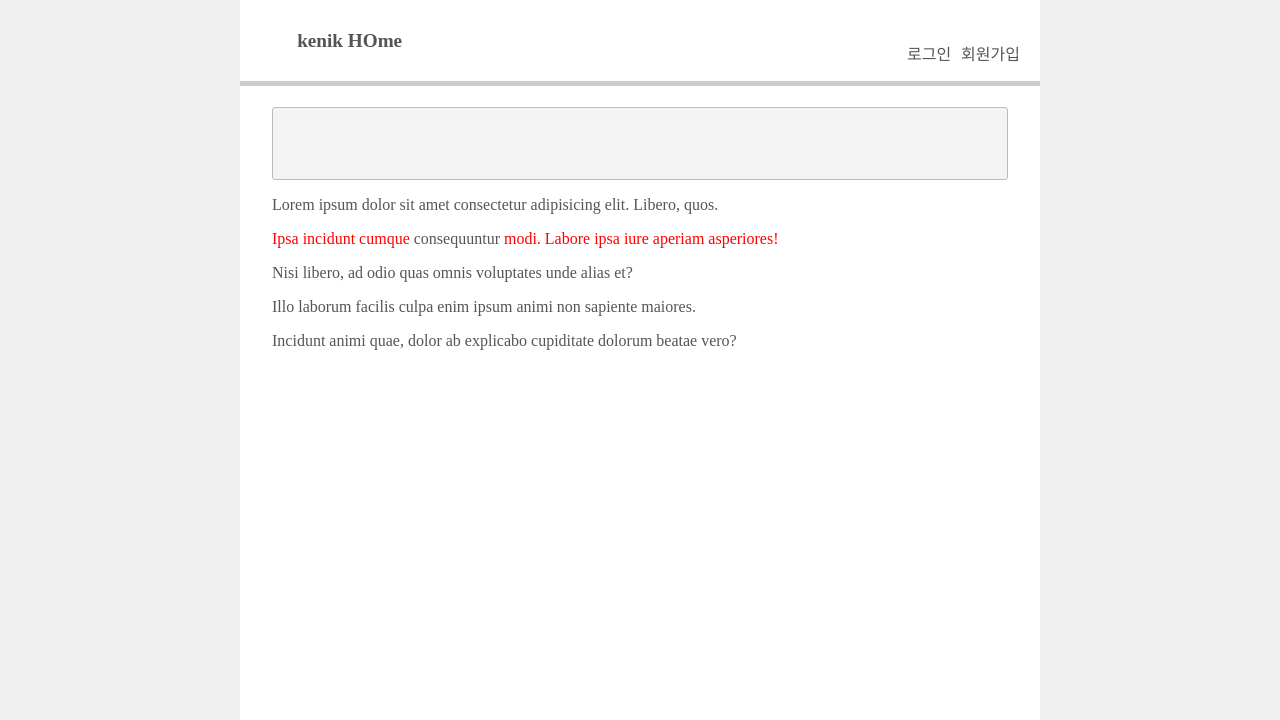
Repository: Deneb0000/WebClass
Page: webPro/src/main/webapp/jquery/days10/ex02_09.html
These files come from the project's save history. The page is drawn as it stood at one moment and after the next save; the edit follows.
The browser window is 1280 px wide. The pictures show the whole page.
Some web fonts or font styles are not loaded; a fallback is used.

Above is the page before, as saved 2024-10-14 07:55:39.

### webPro/src/main/webapp/jquery/days10/ex02_09.html
<!DOCTYPE html>
<html>
<head>
<meta charset="UTF-8">
<title>Insert title here</title>
<link rel="shortcut icon" type="image/x-icon" href="http://localhost/webPro/images/SiSt.ico">
<script src="https://ajax.googleapis.com/ajax/libs/jquery/3.7.1/jquery.min.js"></script>
<meta name="viewport" content="width=device-width, initial-scale=1.0">
<link rel="stylesheet" href="http://localhost/webPro/resources/cdn-main/example.css">
<script src="http://localhost/webPro/resources/cdn-main/example.js"></script>
<style>
 span.material-symbols-outlined{
    vertical-align: text-bottom;
 }
</style>
</head>
<body>
<header>
  <h1 class="main"><a href="#" style="position: absolute;top:30px;">kenik HOme</a></h1>
  <ul>
    <li><a href="#">로그인</a></li>
    <li><a href="#">회원가입</a></li>
  </ul>
</header>
<div>
  <xmp class="code">

  </xmp>

  <p>Lorem ipsum dolor sit amet consectetur adipisicing elit. Libero, quos.</p>
  <p>Ipsa incidunt cumque <span>consequuntur</span> modi. Labore ipsa iure aperiam asperiores!</p>
  <p>Nisi libero, ad odio quas omnis voluptates unde alias et?</p>
  <p>Illo laborum facilis culpa enim ipsum animi non sapiente maiores.</p>
  <p>Incidunt animi quae, dolor ab explicabo cupiditate dolorum beatae vero?</p>

  <script>
    // $("p").css("color","red")
    // $("p:has(span)").css("color","red")
    $("p").has("span").css("color","red")

    //[문제] p태그의 내용에 eius 문자를 가지고 있는 p태그 배경색 빨갛게
    /*
    $("p").each(function(index, element){
      let content = $(element).text();
      if(content.includes("eius")){
        $(element).css("background-color", "red")
      }
    })
    */
    $("p:contains(eius)").css("color","green");


  </script>

</div>
</body>
</html>

### webPro/src/main/webapp/resources/cdn-main/example.css
@charset "UTF-8";

@import url('https://fonts.googleapis.com/css2?family=Material+Symbols+Outlined:opsz,wght,FILL,GRAD@20..48,100..700,0..1,-50..200');

@font-face {
    font-family: 'GmarketSansMedium';
    src: url('https://cdn.jsdelivr.net/gh/projectnoonnu/noonfonts_2001@1.1/GmarketSansMedium.woff') format('woff');
    font-weight: normal;
    font-style: normal;
}

:root {
	--text-color: #555;
	--sub-text-color: #777;
	--back-color: #EFEFEF;
	--header-color: #444;
	--primary-color: #DEDEDE;
	--secondary-color: #EFEFEF;
	--default-width: 800px;
	--narrow-width: 500px;
	--wide-width: 1200px;
	--text-font: 'GmarketSansMedium';
	--icon-font: 'Material Symbols Outlined';
	--border-color: #CCC;
}

html, body {
	margin: 0;
	padding: 0;
}

html {
	background-color: var(--back-color);
	display: flex;
	justify-content: center;
	min-height: 100vh;
}

body, body.default {
	width: var(--default-width);
	background-color: white;
	padding-bottom: 120px;
}

body.wide {
	width: var(--wide-width);
}

body.narrow {
	width: var(--narrow-width);
}



body, p, div, span, a, input, select, option, textarea, button, table, th, td, label, fieldset, legend {
	font-family: var(--text-font);
	color: var(--text-color);
}

h1, h2, h3 {
	font-family: var(--text-font);
	color: var(--header-color);
	padding: 0 1rem;
	padding-top: .5rem;
}

div > h1, div > h2, div > h3 {
	padding: 0;
}

body > div, body > main > div {
	padding: 0.3rem 1rem;
}


h1 { font-size: 2rem; border-bottom: 1px solid var(--border-color); }
h1 small { font-size: 1.2rem; color: var(--sub-text-color); }
h2 { font-size: 1.5rem; border-bottom: 1px dashed var(--border-color); }
h2 small { font-size: 1.1rem; color: --sub-text-color; }
h3 { font-size: 1.2rem; }
h3 small { font-size: 1rem; color: --sub-text-color; }



h1.main::before {
	font-family: var(--icon-font);
  	content: '\e666';
  	margin-right: 10px;
  	float: left;
	font-size: 2.5rem;
}

h1.sub::before {
	font-family: var(--icon-font);
  	content: '\ea19';
  	margin-right: 10px;
  	float: left;
	font-size: 2.5rem;
}


h1.page::before {
	font-family: var(--icon-font);
  	content: '\e0e0';
  	margin-right: 10px;
  	float: left;
	font-size: 2.5rem;
}

body > header > ul > li > .active{
	background-color: #FFF;
	color:#F00;
}

body > header {
	display: flex;
	justify-content: space-between;
	border-bottom: 5px solid var(--border-color);
	min-height: 74px;
	background-color: #FFF;
}

body > header.sticky {
	position: sticky;
	top: 0;
	z-index: 98;
}

body > header > h1 {
	font-size: 1.2rem;
	border: 0;
}

body > header.in > h1::before {
	font-family: var(--icon-font);
  	content: '\e332‥';
  	margin-right: 3px;
  	float: left;
	font-size: 2rem;
}


body > header > ul {
	list-style-type: none;
	display: flex;
	align-items: flex-end;
	margin-right: 10px;
}

body > header > ul > li {
	margin-right: 10px;
	cursor: pointer;
}

body > header > ul > li > a {
	cursor: pointer;
}


form {
	display: block;
}

form > div {
	padding: 0.3rem 1rem;
}

div > form > div {
	padding: 0.3rem 0;
}

input, textarea, button, select {
	border: 1px solid #BBB;
	border-radius: 3px;
	outline: none;
	resize: none;
	padding: 7px;
	margin: 0;
}

input[type=text]:read-only, textarea:read-only {
	cursor: not-allowed;
	background-color: #FFF;
}

input[type=text]:disabled, textarea:disabled {
	cursor: not-allowed;
	background-color: #EEE;
}

input[type=text], input[type=password], textarea, button, select {
	/* width: 300px; */
}

textarea {
	display: block;
	height: 100px;
}

input[type=button], input[type=submit], button {
	/* width: inherit; */
}

input.short, textarea.short, button.short, select.short {
	width: 100px;
}

input.long, textarea.long, button.long, select.long {
	width: 350px;
}

.narrow input.long, .narrow textarea.long, .narrow button.long, .narrow select.long {
	width: calc(100% - 20px);
}

input.full, textarea.full, button.full, select.full {
	width: calc(100% - 20px);
}

textarea.short {
	height: 50px;
}

textarea.long {
	height: 100px;
}

textarea.full {
	height: 200px;
}

input, textarea {
	padding-top: 8px;
}

input[type=button], input[type=submit], button {
	padding: 5px 10px;
	background-color: var(--secondary-color);
	cursor: pointer;
	min-height: 36px;
}

input[type=button].primary, input[type=submit].primary, button.primary {
	/* background-color: rgba(100, 149, 237, .2); */
	background-color: var(--primary-color);
}

input[type=button].primary:hover, input[type=submit].primary:hover, button.primary:hover {
	/* background-color: rgba(100, 149, 237, .3); */
	background-color: var(--secondary-color);
}

input[type=button]:hover, input[type=submit]:hover, button:hover {
	background-color: var(--primary-color);
}

button {
	position: relative;
	left: 0;
	top: 0;
	padding-left: 35px;
}

button .material-symbols-outlined {
	position: absolute;
	left: 10px;
	top: 4px;
}

/* k2nik add */
button.login::before {
	font-family: var(--icon-font);
  	content: '\ea77';
	position: absolute;
	left: 11px;
	top: 4px;
	font-size: 1.25rem;
}

/* k2nik logout */
button.logout::before {
	font-family: var(--icon-font);
  	content: '\e9ba';
	position: absolute;
	left: 11px;
	top: 4px;
	font-size: 1.25rem;
}

/* k2nik help */
button.help::before {
	font-family: var(--icon-font);
  	content: '\f1c0';
	position: absolute;
	left: 11px;
	top: 4px;
	font-size: 1.25rem;
}

button.add::before{
	font-family: var(--icon-font);
  	content: '\e746';
	position: absolute;
	left: 11px;
	top: 4px;
	font-size: 1.25rem;
}

button.back::before {
	font-family: var(--icon-font);
  	content: '\e166';
	position: absolute;
	left: 11px;
	top: 4px;
	font-size: 1.25rem;
}

button.list::before {
	font-family: var(--icon-font);
  	content: '\e0ee';
	position: absolute;
	left: 11px;
	top: 4px;
	font-size: 1.25rem;
}


button.del::before {
	font-family: var(--icon-font);
  	content: '\e872';
	position: absolute;
	left: 11px;
	top: 4px;
	font-size: 1.25rem;
}


button.edit::before {
	font-family: var(--icon-font);
  	content: '\e745';
	position: absolute;
	left: 11px;
	top: 4px;
	font-size: 1.25rem;
}


button.login::before {
	font-family: var(--icon-font);
  	content: '\ea77';
	position: absolute;
	left: 11px;
	top: 4px;
	font-size: 1.25rem;
}


button.logout::before {
	font-family: var(--icon-font);
  	content: '\e9ba';
	position: absolute;
	left: 11px;
	top: 4px;
	font-size: 1.25rem;
}


button.in::before {
	font-family: var(--icon-font);
  	content: '\f71a';
	position: absolute;
	left: 11px;
	top: 4px;
	font-size: 1.25rem;
}


button.out::before {
	font-family: var(--icon-font);
  	content: '\f70e';
	position: absolute;
	left: 11px;
	top: 4px;
	font-size: 1.25rem;
}


button.reply::before {
	font-family: var(--icon-font);
  	content: '\e15e';
	position: absolute;
	left: 11px;
	top: 4px;
	font-size: 1.25rem;
}


button.comment::before {
	font-family: var(--icon-font);
  	content: '\e0b9';
	position: absolute;
	left: 11px;
	top: 4px;
	font-size: 1.25rem;
}


button.modal::before {
	font-family: var(--icon-font);
  	content: '\e89e';
	position: absolute;
	left: 11px;
	top: 4px;
	font-size: 1.25rem;
}


button.ok::before {
	font-family: var(--icon-font);
  	content: '\e86c';
	position: absolute;
	left: 11px;
	top: 4px;
	font-size: 1.25rem;
}


button.cancel::before {
	font-family: var(--icon-font);
  	content: '\e5c9';
	position: absolute;
	left: 11px;
	top: 4px;
	font-size: 1.25rem;
}

button.search::before {
	font-family: var(--icon-font);
  	content: '\e8b6';
	position: absolute;
	left: 11px;
	top: 4px;
	font-size: 1.25rem;
}

button.home::before {
	font-family: var(--icon-font);
  	content: '\e88a';
	position: absolute;
	left: 11px;
	top: 4px;
	font-size: 1.25rem;
}


button.sidebar::before {
	font-family: var(--icon-font);
  	content: '\f7e4';
	position: absolute;
	left: 11px;
	top: 4px;
	font-size: 1.25rem;
}


button.sidebar-right::before {
	font-family: var(--icon-font);
  	content: '\f7e5';
	position: absolute;
	left: 11px;
	top: 4px;
	font-size: 1.25rem;
}




button::before {
	font-family: var(--icon-font);
  	content: '\e323';
	position: absolute;
	left: 11px;
	top: 4px;
	font-size: 1.25rem;
}


table {
	border-collapse: collapse;
	margin: 1rem;
	box-sizing: border-box;
	width: calc(100% - 32px);
}

table.content {
	width: auto;
}

div > table {
	margin: 0;
}

table th, table td {
	border: 1px solid var(--border-color);
	padding: 7px;
	font-weight: normal;
}

table th {
	background-color: var(--back-color);
}

table.vertical th {
	width: 150px;
}

table.vertical td {
	width: calc(100% - 182px);
	padding-left: 10px;
}

table.content td, table.content th {
	width: auto;
}

body.narrow table.vertical th {
	width: 100px;
}

body.narrow table.vertical td {
	width: calc(100% - 182px);
}


table + table {
	margin-top: 30px;
}


p {
	padding: 0 1rem;
}

a {
	text-decoration: none;
}

a:hover {
	color: rgba(255, 99, 71, .7);
}

hr {
	border: 0;
	border-top: 1px solid var(--border-color);
	margin: 2rem 0;
}

.message {
	border: 1px solid var(--border-color);
	background-color: #EFEFEF;
	margin: 1rem;
	width: auto;
	padding-top: 10px;
	padding-bottom: 10px;
	font-size: 14px;
}

.message[title]::before {
	content: attr(title);
	display: block;
	border-bottom: 1px solid var(--border-color);
	padding-bottom: 5px;
	margin-bottom: 10px;
	margin-top: 7px;
}

.message.short {
	max-width: 250px;
}

.message.long {
	max-width: 500px;
}

.badge {
	float: right;
	font-size: .8rem;
	margin-top: 2px;
	margin-right: 2px;
	text-shadow: 0 0 7px gray;
}

.badge.left {
	float: none;
	margin-left: 2px;
}

.badge.right {
	float: right;
}

.badge.red {
	border-radius: 50%;
	padding: 2px 5px;
	background-color: rgb(255, 99, 71, .3);
}

.badge.yellow {

	border-radius: 50%;
	padding: 2px 5px;
	background-color: rgb(255, 215, 0, .5);
}

.badge.blue {
	border-radius: 50%;
	padding: 2px 5px;
	background-color: rgb(100, 149, 237, .3);
}

label + label {
	margin-left: 7px;
}

label input[type=checkbox], label input[type=radio] {
	transform: translate(0, 1px);
}

.group {
	display: flex;
}

.modal-content .group {
	margin-bottom: .5rem;
}

.group label {
	border: 1px solid #BBB;
	border-radius: 3px;
	outline: none;
	resize: none;
	padding: 7px 14px;
	margin: 0;
	border-top-right-radius: 0;
	border-bottom-right-radius: 0;
	background-color: #EFEFEF;
	white-space: nowrap;
	font-size: 14px;
}

.group input[type=text] {
	margin-left: -1px;
	border-top-left-radius: 0;
	border-bottom-left-radius: 0;
}

.group select {
	margin-left: -1px;
	border-top-left-radius: 0;
	border-bottom-left-radius: 0;
}

.group input.full[type=text] {
	margin-left: -1px;
	border-top-left-radius: 0;
	border-bottom-left-radius: 0;
	width: 100%;
}

.group input[type=button]:first-child, .group button:first-child {
	border-top-left-radius: 3px;
	border-bottom-left-radius: 3px;
	margin-left: 0px;
}

.group input[type=button], .group button {
	border-radius: 0;
	margin-left: -1px;
}

.group input[type=button]:last-child, .group button:last-child {
	margin-left: -1px;
	border-top-right-radius: 3px;
	border-bottom-right-radius: 3px;
}

.seperate {
	display: flex;
	justify-content: space-between;
}

div.list {
	width: max-content;
	margin: 1rem;
	border: 1px solid #BBB;
	border-radius: 3px;
	padding: 0;
}

div.list.full {
	width: auto;
	display: block;
	margin: 1rem;
	border: 1px solid #BBB;
	border-radius: 3px;
	padding: 0;
}

div.list > div {
	padding: .5rem 1rem;
	margin: 0;
	border-bottom: 1px solid #BBB;
}

div.list > div:last-child {
	border-bottom: 0;
}

pre.code , xmp.code{
	font-family: consols;
	background-color: rgba(150, 150, 150, .1);
	border: 1px solid #BBB;
	border-radius: 3px;
	padding: .5rem 1rem;
	padding-bottom: .6rem;
	margin: 1rem;
}




*[data-modal-window] {
	position: fixed;
	background-color: rgba(0, 0, 0, .3);
	left: 0;
	top: 0;
	display: none;
	justify-content: center;
	align-items: flex-start;
	width: 100%;
	min-height: 100vh;
	z-index: 100;
	opacity: 0;
	transition: 500ms all;
}

*[data-modal-window] .modal-container {
	border-radius: 5px;
	padding: 1rem;
	padding-bottom: .5rem;
	margin-top: -500px;
	opacity: 0;
	width: 500px;
	background-color: #FFF;
	margin-right: 2rem;
	transition: 500ms all;
}

*[data-modal-size=content] .modal-container {
	width: auto;
}

*[data-modal-size=narrow] .modal-container {
	width: 300px;
}

*[data-modal-size=wide] .modal-container {
	width: 760px;
}


*[data-modal-window] .modal-header {
	border-bottom: 1px solid var(--border-color);
	padding: 2px 5px;
}

*[data-modal-window] .modal-content {
	padding: 1rem 5px;
}

*[data-modal-window] .modal-content div:last-child {
	margin-top: 1rem;
	text-align: right;
}



*[data-sidebar-window] {
	position: fixed;
	background-color: #FFF;
	left: 0;
	top: 0;
	display: block;
	width: 300px;
	border-right: 1px solid var(--border-color);
	box-sizing: border-box;
	box-shadow: 0 0 3px var(--back-color);
	min-height: 100vh;
	z-index: 99;
	transform: translate(-300px, 0);
	transition-duration: 500ms;
	transition-property: transform;
}

*[data-sidebar-direction=right] {
	left: auto;
	right: 0;
	transform: translate(300px, 0);
	border-left: 1px solid var(--border-color);
}

*[data-sidebar-size=wide] {
	width: 500px;
	transform: translate(-500px, 0);
}

*[data-sidebar-window] .sidebar-title {
	border-bottom: 1px solid var(--border-color);
	margin-top: 20px;
	margin-bottom: 20px;
	padding-bottom: 5px;
	display: flex;
	justify-content: space-between;
}

*[data-sidebar-window] .sidebar-title span:last-child {
	cursor: pointer;
}


/* K2Nik pagination */
.center {
  text-align: center;
}

.pagination {
  display: inline-block;
}

.pagination a {
  color: black;
  float: left;
  padding: 3px 6px;
  text-decoration: none;
  transition: background-color .3s;
  border: 1px solid #ddd;
  margin: 0 3px;
}

.pagination a.active {
  background-color: #4CAF50;
  color: white;
  border: 1px solid #4CAF50;
}

.pagination a:hover:not(.active) {background-color: #ddd;}

### webPro/src/main/webapp/resources/cdn-main/example.js

window.onload = () => {

    const list = document.querySelectorAll('input, textarea');

    list.forEach(item => {
        item.setAttribute('autocomplete', 'off');
    });


    const modal_btn_list = document.querySelectorAll('*[data-modal-button]');

    modal_btn_list.forEach(item => {
        item.onclick = function() {

            const name = this.dataset['modalButton'];
            const modal_window = document.querySelector('*[data-modal-window=' + name);

            const container = document.createElement('div');
            container.className = 'modal-container';



            const modal_header = document.createElement('div');
            modal_header.textContent = modal_window.dataset['modalTitle'];
            modal_header.className = 'modal-header';
            container.appendChild(modal_header);

            const modal_content = document.createElement('div');
            modal_content.className = 'modal-content';
            container.appendChild(modal_content);

            Array.from(modal_window.childNodes).forEach(item => {
                modal_content.appendChild(item);
            });

            modal_window.appendChild(container);

            modal_window.style.display = 'flex';

            setTimeout(() => {
                modal_window.style.opacity = 1;
                container.style.marginTop = '20px';
                container.style.opacity = 1;
            }, 50);


            const modal_ok = document.querySelector('*[data-modal-ok=' + name);
            modal_ok.addEventListener('click', function() {
                modal_window.style.opacity = 0;
                container.style.marginTop = '-500px';
                container.style.opacity = 0;

                setTimeout(() => {
                    modal_window.innerHTML = modal_content.innerHTML;
                    modal_window.style.display = 'none';
                }, 500);

            });

            const modal_cancel = document.querySelector('*[data-modal-cancel=' + name);
            modal_cancel.addEventListener('click', function() {

                modal_window.style.opacity = 0;
                container.style.marginTop = '-500px';
                container.style.opacity = 0;

                setTimeout(() => {
                    modal_window.innerHTML = modal_content.innerHTML;
                    modal_window.style.display = 'none';
                }, 500);
            });


        };
    });


    const sidebar_btn_list = document.querySelectorAll('*[data-sidebar-button]');

    sidebar_btn_list.forEach(item => {
        item.onclick = function() {



            const name = this.dataset['sidebarButton'];
            const sidebar_window = document.querySelector('*[data-sidebar-window=' + name);

            if (sidebar_window.style.transform == 'translate(0px, 0px)') return;



            sidebar_window.style.transform = 'translate(0, 0)';

            const sidebar_title = document.createElement('div');
            sidebar_title.className = 'sidebar-title';
            sidebar_title.innerHTML = '<span>' + sidebar_window.dataset['sidebarTitle'] + '</span><span class="material-symbols-outlined">close</span>';

            sidebar_title.children[1].onclick = function() {

                let sign = 1;
                let distance = 300;

                if (sidebar_window.dataset['sidebarDirection'] != 'right') {
                    sign = -1;
                } else {
                    sign = 1;
                }

                if (sidebar_window.dataset['sidebarSize'] != 'wide') {
                    distance = 300;
                } else {
                    distance = 500;
                }

                distance *= sign;

                sidebar_window.style.transform = 'translate(' + distance + 'px, 0)';

                setTimeout(function() {
                    sidebar_window.removeChild(sidebar_window.children[0]);
                }, 500);
            };


            sidebar_window.prepend(sidebar_title);

        }
    });

};

// window.onkeydown = function(event) {

//     if (event.keyCode == 27) {
//         if (document.querySelector('[data-modal-window').style.display == 'flex') {
//             document.querySelector('[data-modal-window').style.display = 'none';
//         }
//     }

// };

After the next save:
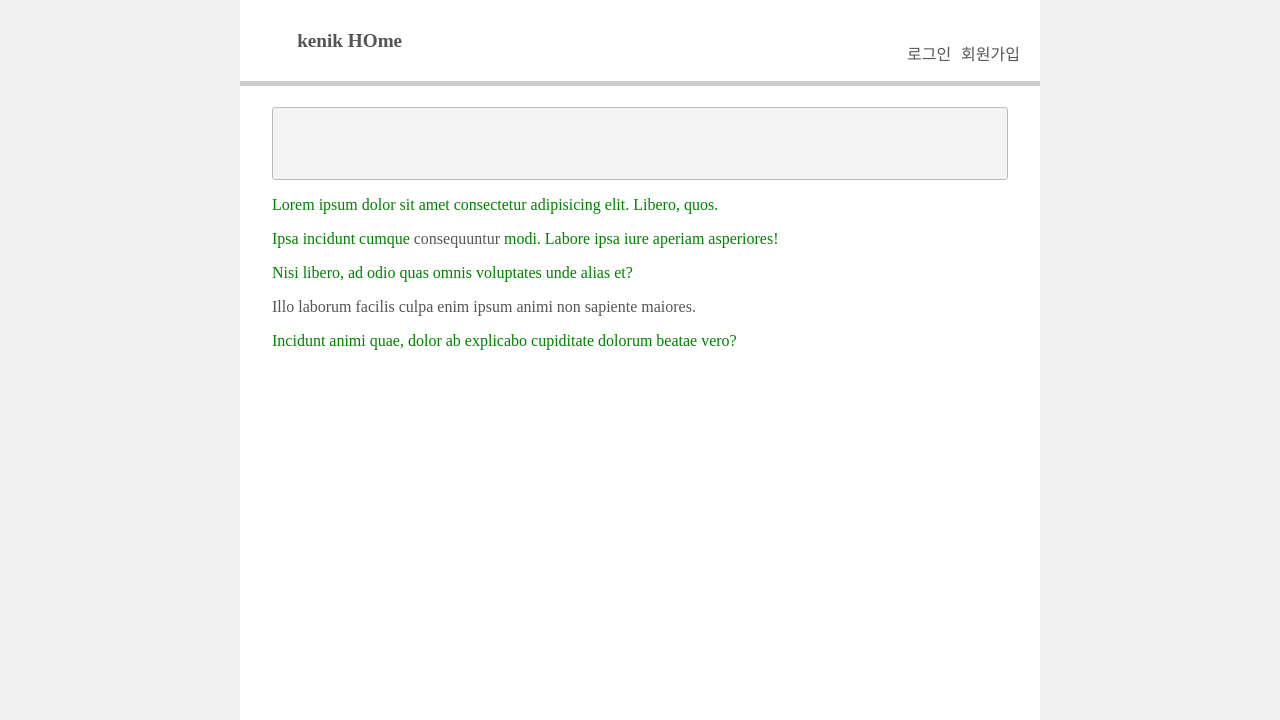
Saved 15 h 48 min later.
--- a/webPro/src/main/webapp/jquery/days10/ex02_09.html
+++ b/webPro/src/main/webapp/jquery/days10/ex02_09.html
@@ -47,7 +47,7 @@
       }
     })
     */
-    $("p:contains(eius)").css("color","green");
+    $("p:contains(q)").css("color","green");
 
 
   </script>
